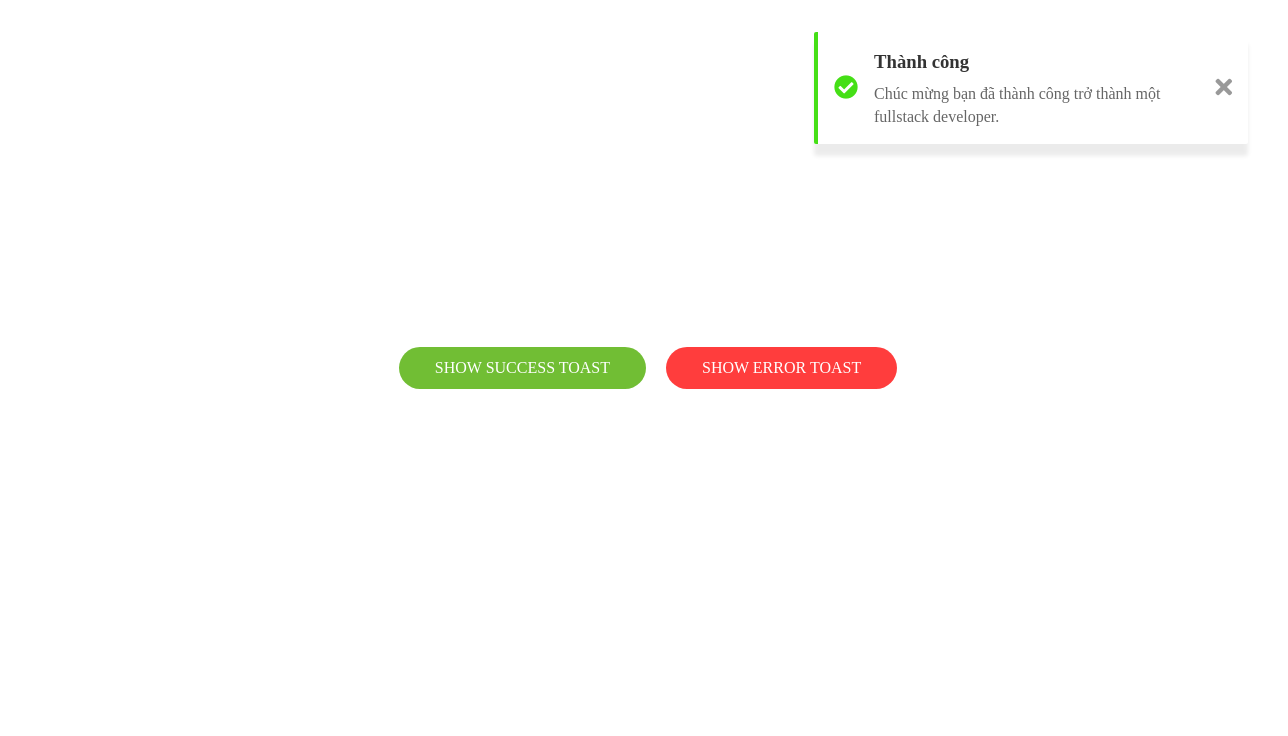
Repository: Hoquoctrung/github-anh-Trung-hihi
Page: Lesson-2/index.html
An editor plug-in stored every save of this project. The page is shown before and after the next save, followed by the edit.
The browser window is 1280 px wide. The page is 1288 px wide, so the pictures cover 1288 px, including what lies to the right of the window. The pictures show the whole page.
After loading, the first visible `div.btn` was clicked once.

Above is the page before, as saved 2021-08-21 22:21:18.

### Lesson-2/index.html
<!DOCTYPE html>
<html lang="en">
<head>
    <meta charset="UTF-8">
    <meta http-equiv="X-UA-Compatible" content="IE=edge">
    <meta name="viewport" content="width=device-width, initial-scale=1.0">
    <title>BEM Practice</title>
    <link rel="stylesheet" href="style.css">
    <link rel="stylesheet" href="https://cdnjs.cloudflare.com/ajax/libs/font-awesome/5.15.4/css/all.min.css" integrity="sha512-1ycn6IcaQQ40/MKBW2W4Rhis/DbILU74C1vSrLJxCq57o941Ym01SwNsOMqvEBFlcgUa6xLiPY/NS5R+E6ztJQ==" crossorigin="anonymous" referrerpolicy="no-referrer" />
</head>
<body>
    <div id="toast"></div>

    <div id="btn">
            <div onclick="ShowSuccessToast()" class="btn btn--succeed"> SHOW SUCCESS TOAST</div>
            <div onclick="ShowErrorToast()" class="btn btn--error"> SHOW ERROR TOAST</div>
    </div>

    <script>
        // Toast function
        function toast({
            title = '',
            message = '',
            type = 'info',
            duration = 3000,
        }) {
            const main = document.getElementById('toast');
            const delay = (duration / 1000).toFixed(2);
            const timeOut = duration + 1000;
            if (main) {
                const toast = document.createElement('div');
                // Auto remove toast
                const AutoRemoveId = setTimeout(function() {
                    main.removeChild(toast)
                }, timeOut)
                // Remove Toast when clicked
                toast.onclick = function(e) {
                    if(e.target.closest('.toast__close')) {
                        main.removeChild(toast);
                        clearTimeout(AutoRemoveId);
                    }
                };

                const icons = {
                    success:'fas fa-check-circle',
                    info:'fas fa-info-circle',
                    warning:'fas fa-exclamation-triangle',
                    error:'fas fa-exclamation-triangle'
                };
                const icon = icons[type];

                toast.classList.add('toast',`toast--${type}`);
                toast.style.animation = `slideInLeft ease .3s, fadeOut ease 1s ${delay}s forwards`;

                toast.innerHTML = `
                    <div class="toast__icon">
                        <i class="${icon}"></i>
                    </div>
                    <div class="toast__body">
                        <h3 class="toast__title">${title}</h3>
                        <p class="toast__msg">${message}</p>
                    </div>
                    <div class="toast__close">
                        <i class="fa fa-times" ></i>
                    </div>
                `;
                main.appendChild(toast);
            }
        }
        function ShowSuccessToast() {
            toast({
                title: 'Thành công',
                message: 'Chúc mừng bạn đã thành công trở thành một fullstack developer.',
                type: 'success',
                duration: 5000,
            });
        };

        function ShowErrorToast() {
            toast({
                title: 'Thất bại',
                message: 'Có lỗi xảy ra trên đường bạn trở thành fullstack developer. Hãy fig bux đi.',
                type: 'error',
                duration: 5000,
            });
        }
    </script>
</body>
</html>

### Lesson-2/style.css
body {
    display: flex;
    justify-content: center;
    align-items: center;
    height: 100vh;
    width: 100%;
}

.btn {
    display: inline-block;
    text-decoration: none;
    outline: none;
    border: none;
    background-color: transparent;
    color:#fff;
    padding: 12px 36px;
    border-radius: 50px;
    cursor: pointer;
}

.btn:hover {
    opacity: 0.8;
}

.btn--succeed {
    background-color: #71be34;
}

.btn--error {
    background-color: #ff3d3d;
}

.btn + .btn {
    margin-left: 16px;
}

#btn {
    margin: 20px;
}

#toast {
    position: fixed;
    top: 32px;
    right: 32px;
}


.toast {
    display: flex;
    align-items: center;
    background-color: #fff;
    box-shadow: 0 12px 4px rgba(0,0,0,0.08);
    border-left: 4px solid;
    border-radius: 2px;
    min-width: 380px;
    max-width: 430px;
    transition: all linear .3s;
    z-index: 9999;
}

@keyframes slideInLeft {
    from {
        transform: translateX(calc(100% + 32px));
        opacity: 0;
    }

    to {
        transform: translateX(0);
        opacity: 1;
    }
}

@keyframes fadeOut {
to {
        opacity: 0;
    }
}

.toast + .toast {
    margin-top: 24px;
}

.toast__icon {
    font-size: 24px;
}

.toast__icon,
.toast__close {
    padding: 0 16px;
}

.toast__body {
    flex-grow: 1;
}

.toast--success {
    border-color: rgb(69, 223, 22);
}

.toast--success .toast__icon {
    color: rgb(69, 223, 22);
}

.toast--info {
    border-color: rgb(23, 70, 226);
}

.toast--info .toast__icon {
    color: rgb(23, 70, 226);
}

.toast--warning {
    border-color: #ffc021;
}

.toast--warning .toast__icon {
    color: #ffc021
}

.toast--error {
    border-color: rgb(255, 0, 0);
}

.toast--error .toast__icon {
    color: rgb(255, 0, 0);
}

.toast__title {
    color: #333;
}

.toast__msg {
    margin-top: -8px;
    opacity: 0.6;
    line-height: 1.4;
}

.toast__close {
    font-size: 24px;
    color: rgba(0,0,0,0.4);
    cursor: pointer;
}

.toast__close:hover {
    opacity: 0.7;
}

After the next save:
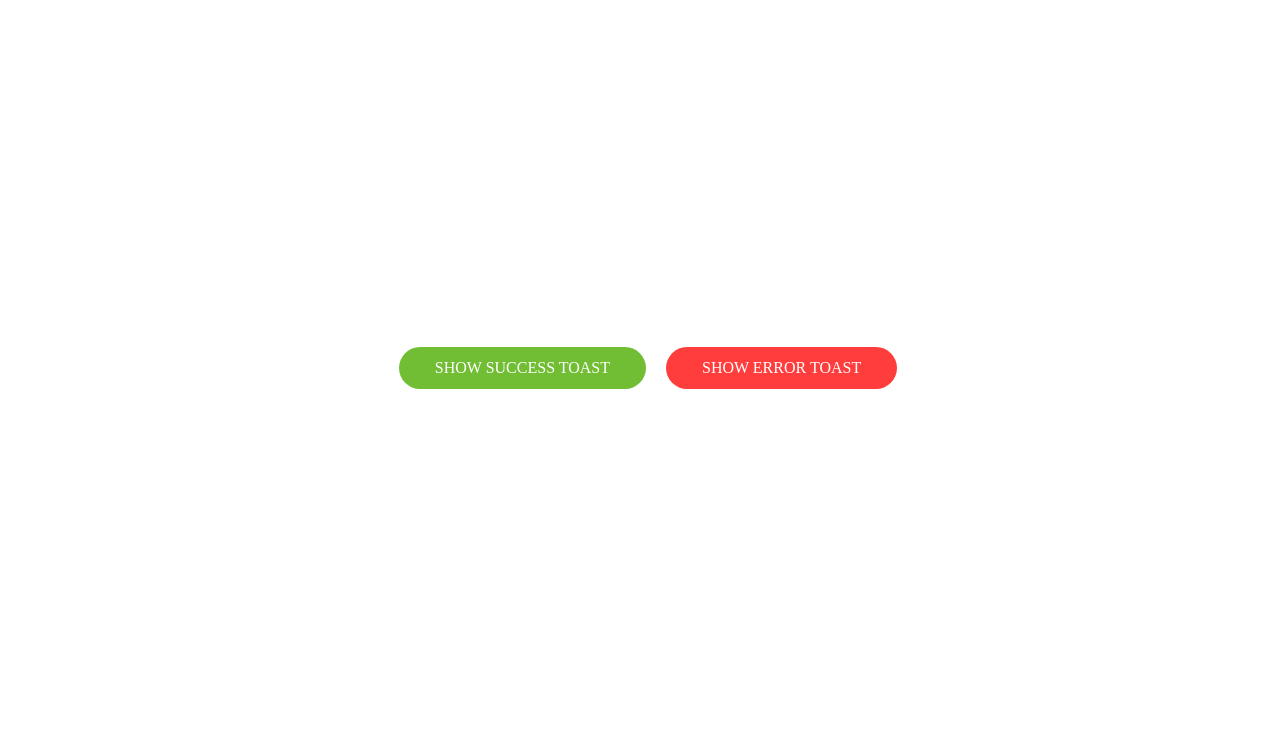
Console error: TypeError: toast is not a function
Saved 60 s later.
--- a/Lesson-2/index.html
+++ b/Lesson-2/index.html
@@ -17,56 +17,6 @@
     </div>
 
     <script>
-        // Toast function
-        function toast({
-            title = '',
-            message = '',
-            type = 'info',
-            duration = 3000,
-        }) {
-            const main = document.getElementById('toast');
-            const delay = (duration / 1000).toFixed(2);
-            const timeOut = duration + 1000;
-            if (main) {
-                const toast = document.createElement('div');
-                // Auto remove toast
-                const AutoRemoveId = setTimeout(function() {
-                    main.removeChild(toast)
-                }, timeOut)
-                // Remove Toast when clicked
-                toast.onclick = function(e) {
-                    if(e.target.closest('.toast__close')) {
-                        main.removeChild(toast);
-                        clearTimeout(AutoRemoveId);
-                    }
-                };
-
-                const icons = {
-                    success:'fas fa-check-circle',
-                    info:'fas fa-info-circle',
-                    warning:'fas fa-exclamation-triangle',
-                    error:'fas fa-exclamation-triangle'
-                };
-                const icon = icons[type];
-
-                toast.classList.add('toast',`toast--${type}`);
-                toast.style.animation = `slideInLeft ease .3s, fadeOut ease 1s ${delay}s forwards`;
-
-                toast.innerHTML = `
-                    <div class="toast__icon">
-                        <i class="${icon}"></i>
-                    </div>
-                    <div class="toast__body">
-                        <h3 class="toast__title">${title}</h3>
-                        <p class="toast__msg">${message}</p>
-                    </div>
-                    <div class="toast__close">
-                        <i class="fa fa-times" ></i>
-                    </div>
-                `;
-                main.appendChild(toast);
-            }
-        }
         function ShowSuccessToast() {
             toast({
                 title: 'Thành công',
